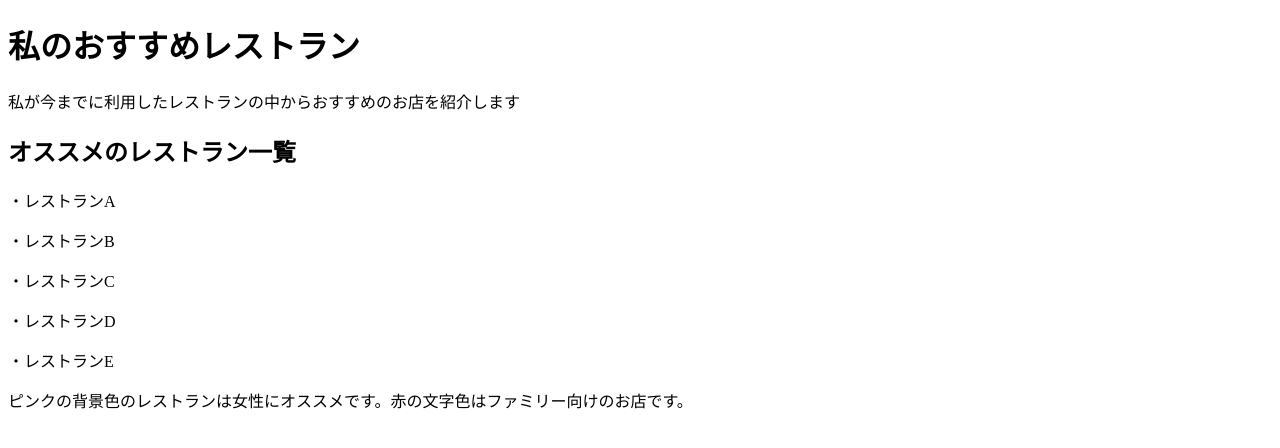
Repository: tsubasa2/restaurant
Page: a.html
The author's editor kept a record of every edit. The page is drawn from the files as they stood at one moment, then again after the next edit.
The browser window is 1280 px wide. The pictures show the whole page.

Above is the page before.

### a.html
<!DOCTYPE html>
<html lang="ja">
<head>
    <meta charset="UTF-8">
    <meta name="viewport" content="width=device-width, initial-scale=1.0">
    <meta http-equiv="X-UA-Compatible" content="ie=edge">
    <title>私のオススメレストラン</title>
    <link rel="a stylesheet" link href="a stylesheet.css">
</head>
<body>
    <h1>私のおすすめレストラン</h1>
    <div id="layout">
    <p id="layout1">私が今までに利用したレストランの中からおすすめのお店を紹介します</p>
    <h2>オススメのレストラン一覧</h2>
    <p id="layout1">・レストランA</p>
    <p id="layout1">・レストランB</p>
    <p id="layout1">・レストランC</p>
    <p id="layout1">・レストランD</p>
    <p id="layout1">・レストランE</p>
    <p>ピンクの背景色のレストランは女性にオススメです。赤の文字色はファミリー向けのお店です。</p>
    </div>
</body>
</html>

### a stylesheet.css
@charset-"utf-8";


#layout {
    position: static;
}

#layout2 {
    background-color: pink;
    color:red;
}
#layout3 {
    background-color: pink;
}

#layout5 {
    color:red;
}

After the next edit:
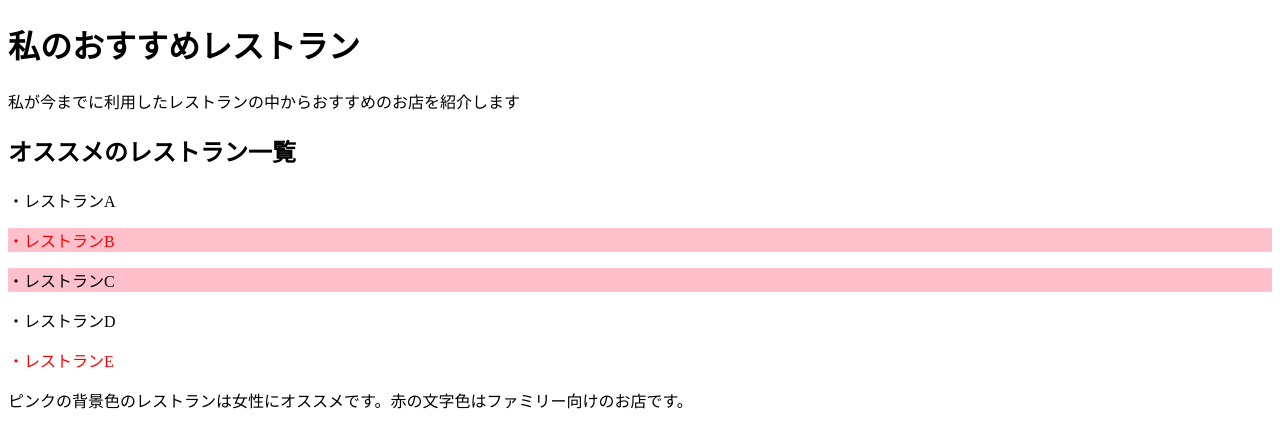
The edit:
--- a/a.html
+++ b/a.html
@@ -13,10 +13,10 @@
     <p id="layout1">私が今までに利用したレストランの中からおすすめのお店を紹介します</p>
     <h2>オススメのレストラン一覧</h2>
     <p id="layout1">・レストランA</p>
-    <p id="layout1">・レストランB</p>
-    <p id="layout1">・レストランC</p>
-    <p id="layout1">・レストランD</p>
-    <p id="layout1">・レストランE</p>
+    <p id="layout2">・レストランB</p>
+    <p id="layout3">・レストランC</p>
+    <p id="layout4">・レストランD</p>
+    <p id="layout5">・レストランE</p>
     <p>ピンクの背景色のレストランは女性にオススメです。赤の文字色はファミリー向けのお店です。</p>
     </div>
 </body>
